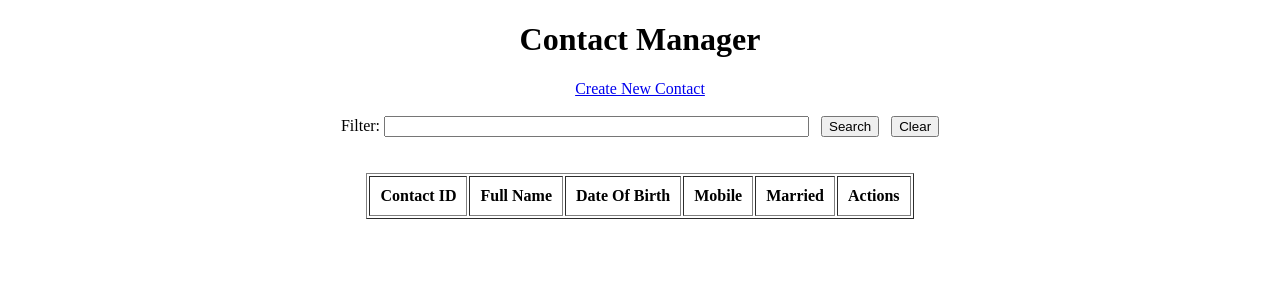
Repository: Amir-Git7861/hibernate1
Page: http://localhost/index
The author's editor kept a copy of each file at every save. The page is drawn from the files as they stood at one save, then again after the next save.
The browser window is 1280 px wide. The pictures show the whole page.
The page is this project's Thymeleaf template; nobody is signed in. The template is opened directly, without the code that normally fills it, so the values that code supplies are empty.

Above is the page before, as saved 2020-10-13 18:35:36.

### cms-spring-web-data-bootstrap-Thymleaf/src/main/resources/templates/index.html
<!DOCTYPE html>
<html xmlns:th="http://www.thymeleaf.org">
<head>
<meta charset="ISO-8859-1">
<title>CMS</title>
</head>
<body>
 <div align="center">

	<h1>Contact Manager</h1>

	<a href="new">Create New Contact</a>
	<br/><br/>

	<form th:action="@{/}">
		Filter: <input type="text" name="keyword" id="keyword" size="50" th:value="${keyword}" required />
		&nbsp;
		<input type="submit" value="Search" />
		&nbsp;
		<input type="button" value="Clear" id="btnClear" onclick="clearSearch()" />
	</form>
	<br/><br/>

	<table border="1" cellpadding="10">
		<thead>
			<tr>
				<th>Contact ID</th>
				<th>Full Name</th>
				<th>Date Of Birth</th>
				<th>Mobile</th>
				<th>Married</th>

				<th>Actions</th>
			</tr>
		</thead>
		<tbody>
			<tr th:each="contact : ${listContacts}">
				<td th:text="${contact.contactId}">Contact ID</td>
				<td th:text="${contact.fullName}">Full Name</td>
				<td th:text="${contact.dateOfBirth">DOB</td>
				<td th:text="${contact.mobile}">Mobile</td>
				<td th:text="${contact.married}">Married</td>
				<td>
					<a th:href="@{'/edit/' + ${contact.id}}">Edit</a>
					&nbsp;&nbsp;&nbsp;&nbsp;
					<a th:href="@{'/delete/' + ${contact.id}}">Delete</a>
				</td>
			</tr>
		</tbody>
	</table>
</div>
<script type="text/javascript">
	function clearSearch() {
		window.location = "[[@{/}]]";
	}
</script>
</body>
</html>

After the next save:
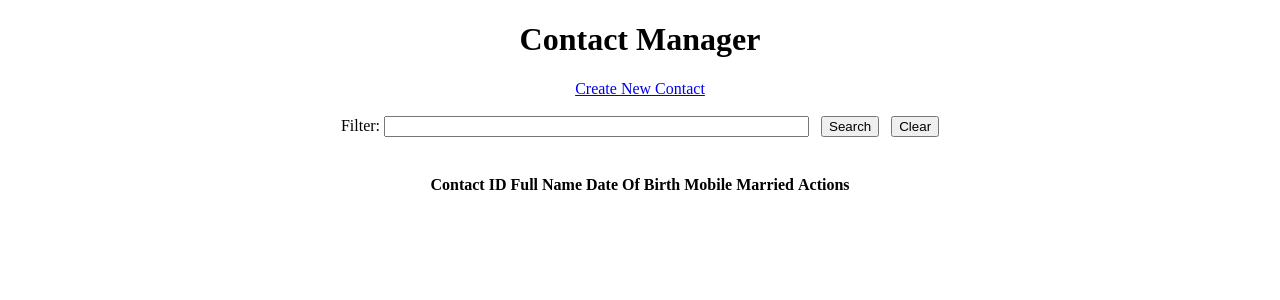
Saved 18 s later.
--- a/cms-spring-web-data-bootstrap-Thymleaf/src/main/resources/templates/index.html
+++ b/cms-spring-web-data-bootstrap-Thymleaf/src/main/resources/templates/index.html
@@ -21,7 +21,7 @@
 	</form>
 	<br/><br/>
 
-	<table border="1" cellpadding="10">
+	<table >
 		<thead>
 			<tr>
 				<th>Contact ID</th>
